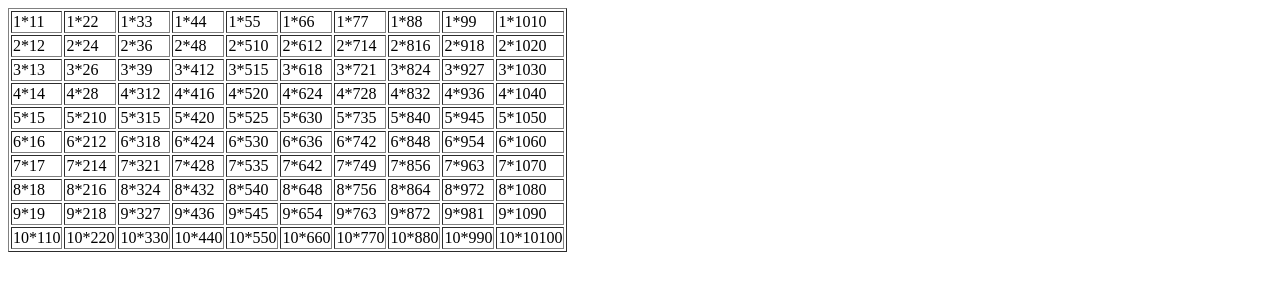
Repository: jeongho97/JSP
Page: http://localhost/JSP/예제2.jsp
The author's editor kept a copy of each file at every save. The page is drawn from the files as they stood at one save, then again after the next save.
The browser window is 1280 px wide. The pictures show the whole page.
The page is served by Tomcat 9. Other server files are loaded and not shown.

Above is the page before, as saved 2022-05-17 02:42:49.

### JSP/WebContent/예제2.jsp
<%@ page language="java" contentType="text/html; charset=UTF-8"
    pageEncoding="UTF-8"%>
<!DOCTYPE html>
<html>
<head>
<meta charset="UTF-8">
<title>Insert title here</title>
</head>
<body>

<%
	int i=0;
	int j=0;
%>
<table border="1">
<%
	for(i=1;i<=10;i++){
%>
		<tr>
<%
		for(j=1;j<=10;j++){
%>

			<td><%=i%>*<%=j%><%=i*j%></td>

<%
		}
%>
		</tr>
<%
	}
%>
</table>
</body>
</html>

After the next save:
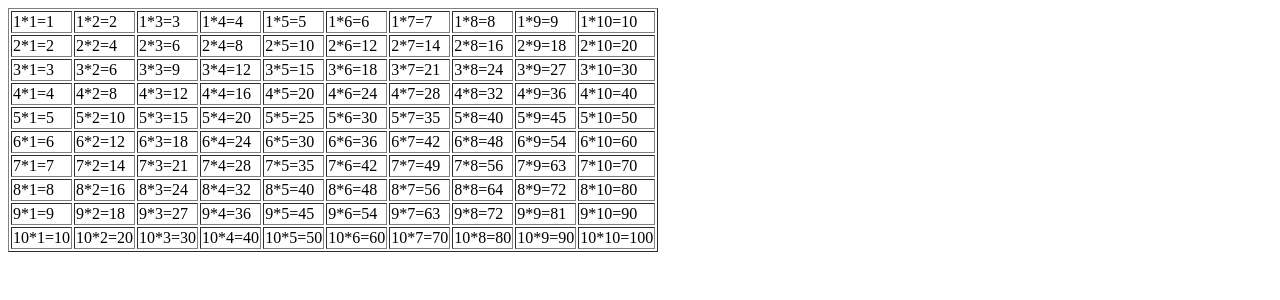
Saved 5 s later.
--- a/JSP/WebContent/예제2.jsp
+++ b/JSP/WebContent/예제2.jsp
@@ -21,7 +21,7 @@
 		for(j=1;j<=10;j++){
 %>
 
-			<td><%=i%>*<%=j%><%=i*j%></td>
+			<td><%=i%>*<%=j%>=<%=i*j%></td>
 
 <%
 		}
